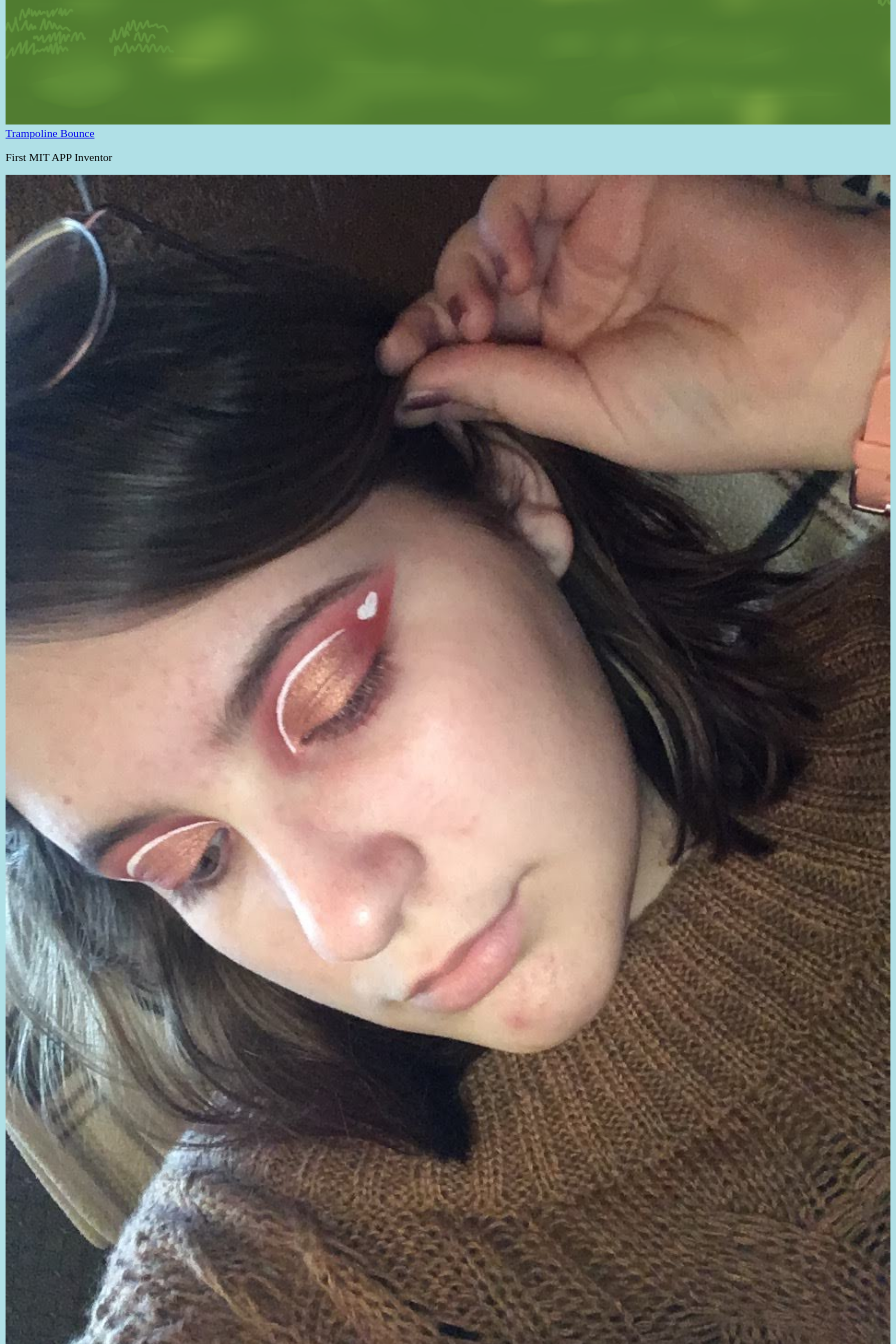
Repository: EMcmurray1862/emcmurray1862.github.io
Page: my_website/portfolio.html
The author's editor kept a record of every edit. The page is drawn from the files as they stood at one moment, then again after the next edit.
The browser window is 1280 px wide. The pictures show the part of the page from y = 1997 to 3917 px (the page is 6302 px tall before and 5563 px after), at 70% of full size.

Above is the page before.

### my_website/portfolio.html
<!doctype html>
	<html lang="en">
	  <head>
	    <meta charset="utf-8">
	    <title>Portfolio</title>
	  </head>
	  <body>
    <a href="index.html">Home</a>
    <a href="portfolio.html">Portfolio</a>
    <a href="about.html">About</a>
    <a href="makeup.html">MakeUp</a>

    <body style="background-color:powderblue;">
  <h1>Portfolio Page</h1>
  <p>This is a list of some of the creations I've created in my CSP 2019-2020 class.</p>

<!-- Portfolio Gallery Grid -->
c
<div class="row">
  <div class="column">
    <div class="content">
    <img src="images/scratch.PNG" style="width:100%" "length:200%">
      <a href="https://scratch.mit.edu/projects/326744008/">Save Marine Life</a>
      <p>First scratch project made from scratch </p>
    </div>
  </div>
  <div class="column">
    <div class="content">
    <img src="images/backyard.png" style="width:100%" "length:200%">
      <a href="https://scratch.mit.edu/projects/326744008/">Trampoline Bounce</a>
      <p>First MIT APP Inventor </p>
    </div>
  </div>
  <div class="column">
    <div class="content">
    <img src="images/valentines_look.jpg" style="width:100%" "length:100%">
       <h3>February 14, 2019 </h3>
    </div>
  </div>
  <div class="column">
    <div class="content">
    <img src="images/yellow_cutcrease.jpg" style="width:100%" "length:100%">
      <h3>August 2, 2019 </h3>
     </div>
  </div>
	  </body>
	</html>

After the next edit:
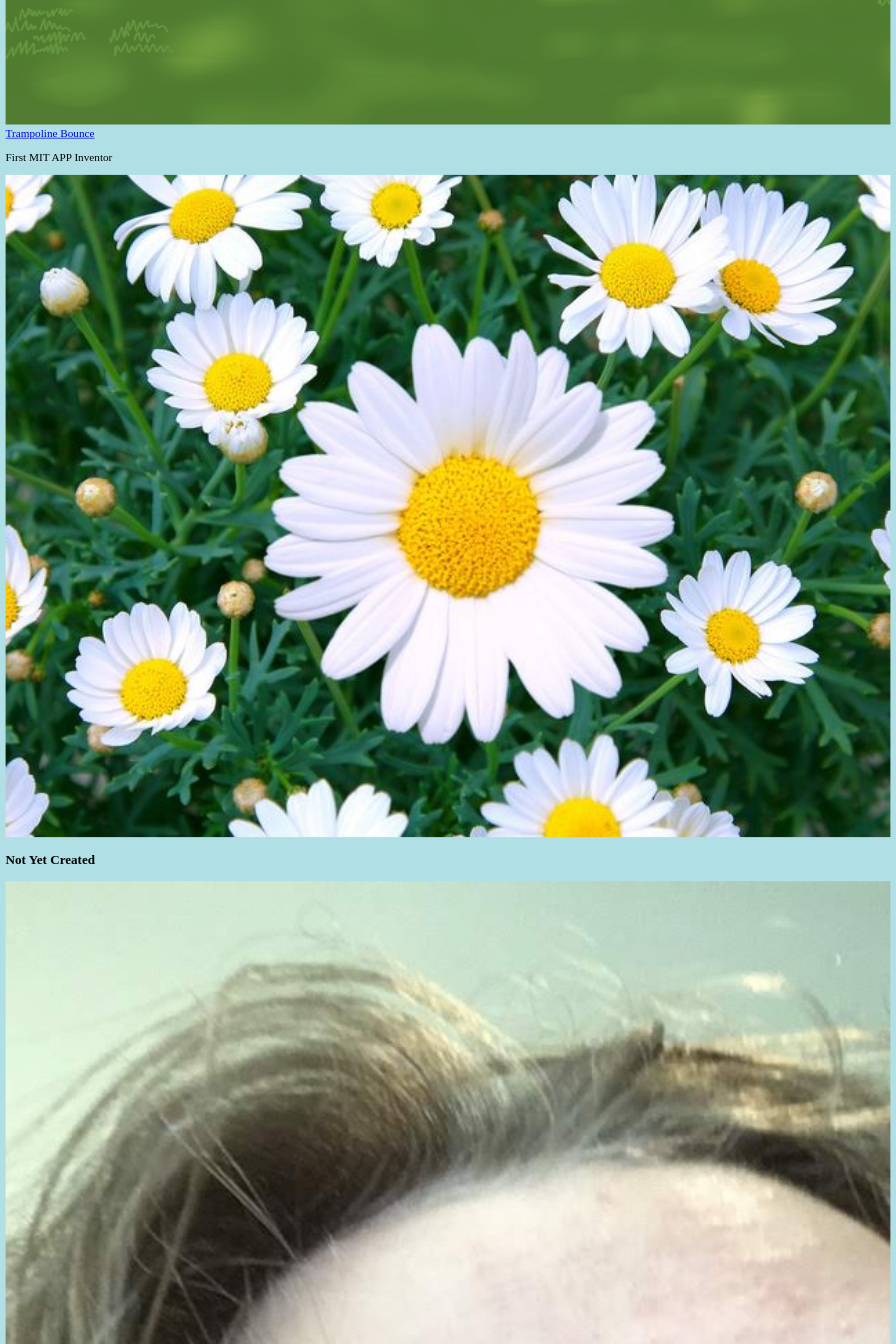
The edit:
--- a/my_website/portfolio.html
+++ b/my_website/portfolio.html
@@ -33,8 +33,8 @@
   </div>
   <div class="column">
     <div class="content">
-    <img src="images/valentines_look.jpg" style="width:100%" "length:100%">
-       <h3>February 14, 2019 </h3>
+    <img src="images/daisy.jpg" style="width:100%" "length:100%">
+       <h3>Not Yet Created </h3>
     </div>
   </div>
   <div class="column">
